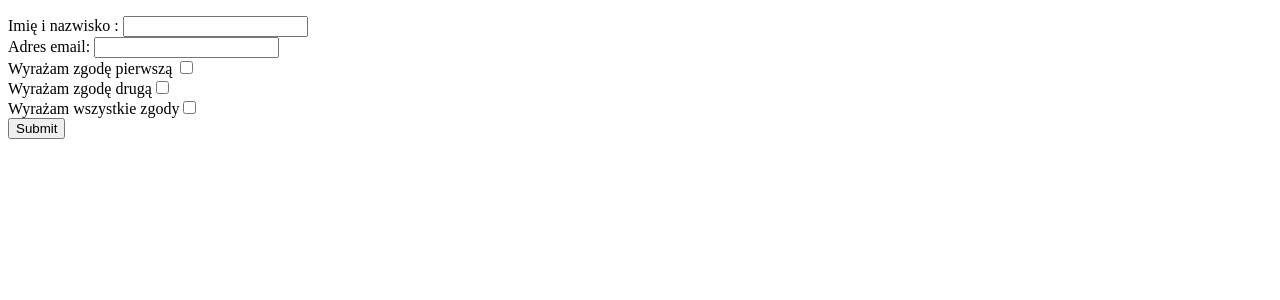
Repository: magdaf41/JavaScript
Page: JS DOM zadanie_5/index.html
An editor plug-in stored every save of this project. The page is shown before and after the next save, followed by the edit.
The browser window is 1280 px wide. The pictures show the whole page.

Above is the page before, as saved 2020-09-06 15:58:36.
Console error: TypeError: Cannot read properties of null (reading 'addEventListener')

### JS DOM zadanie_5/index.html
<!DOCTYPE html>
<html lang="en">

<head>
    <meta charset="UTF-8">
    <meta name="viewport" content="width=device-width, initial-scale=1.0">
    <title>Warsztat 3 - Walidacja formularza</title>
    <link rel="stylesheet" href="css/style.css">
</head>

<body>
    <form id="newsletter-form" action="">

        <ul class="errors"></ul>
        <label>Imię  i nazwisko : <input type="text" name="name" value=""></label><br>
        <label>Adres email: <input type="text" name="email" id="email"> </label><br>

        <label for="accept_1">Wyrażam zgodę pierwszą</label>
        <input type="checkbox" name="accept_1" id="accept"><br>
        <label>Wyrażam zgodę drugą<input type="checkbox" name="accept_2" id="accept"></label><br>
        <label>Wyrażam wszystkie zgody<input type="checkbox" name="allAccept" id="allAccept"></label><br>
        <input id="submit" type="submit" value="Submit">
    </form>


    <script src="js/script.js"></script>
</body>

</html>

### JS DOM zadanie_5/js/script.js
let form = document.getElementById('form');
let name = document.querySelector('[name="name"]');
let email = document.querySelector('[name="email"]');

console.log(form);
console.log(name);
console.log(email);

form.addEventListener('submit', (e) => {
    e.preventDefault()
} )

function validationForm() {
    let pole = document.form["name"].value;
    if (pole == "") {
        alert("Uzupełnij imię i nazwikos");
        return false;
    }
}

Loaded but not shown: JS DOM zadanie_5/css/style.css (no stored copy; drawn as an empty file)

After the next save:
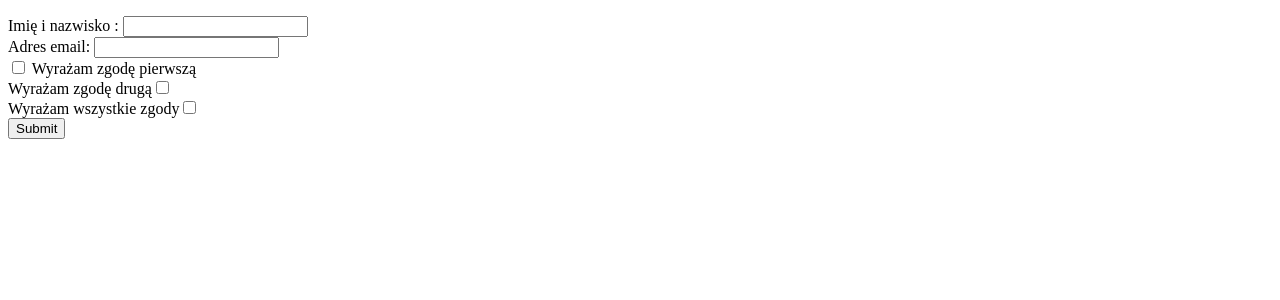
Saved 16 s later.
--- a/JS DOM zadanie_5/index.html
+++ b/JS DOM zadanie_5/index.html
@@ -15,8 +15,9 @@
         <label>Imię  i nazwisko : <input type="text" name="name" value=""></label><br>
         <label>Adres email: <input type="text" name="email" id="email"> </label><br>
 
-        <label for="accept_1">Wyrażam zgodę pierwszą</label>
-        <input type="checkbox" name="accept_1" id="accept"><br>
+
+        <input type="checkbox" name="accept_1" id="accept">
+        <label for="accept_1">Wyrażam zgodę pierwszą</label><br>
         <label>Wyrażam zgodę drugą<input type="checkbox" name="accept_2" id="accept"></label><br>
         <label>Wyrażam wszystkie zgody<input type="checkbox" name="allAccept" id="allAccept"></label><br>
         <input id="submit" type="submit" value="Submit">
